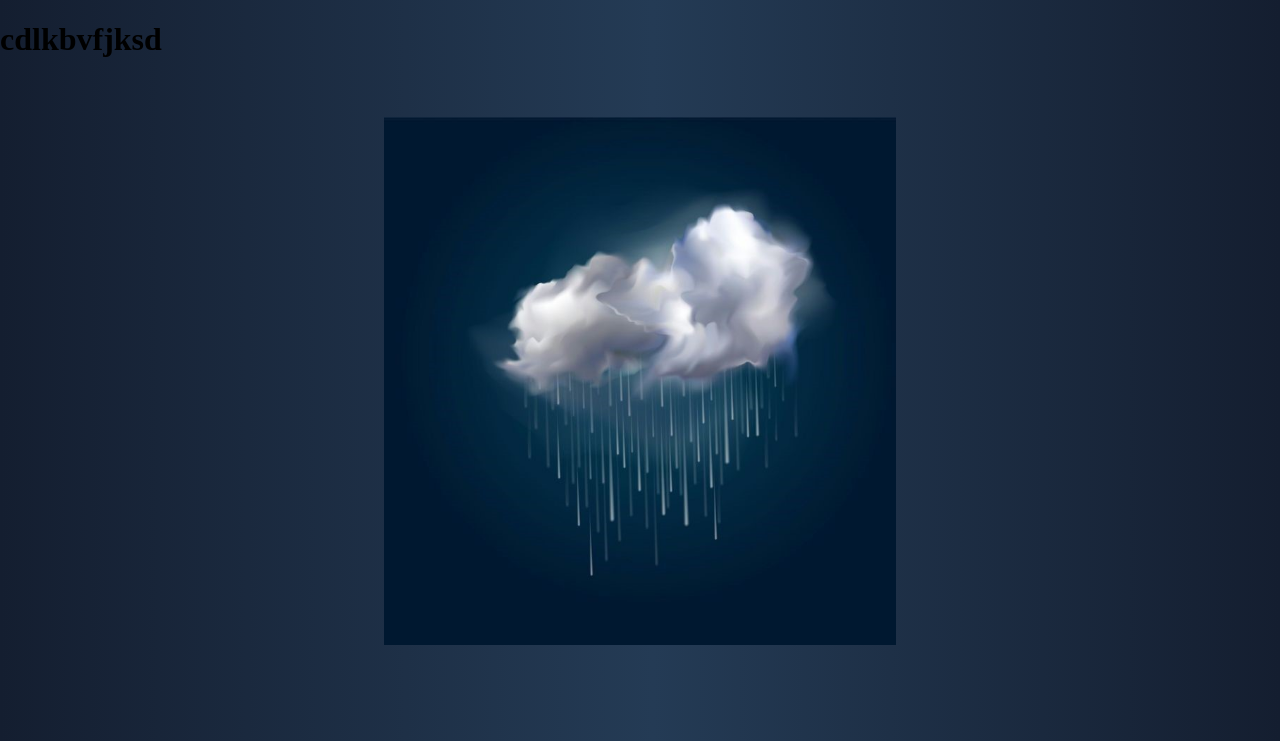
Repository: fateme81yosefi/weather
Page: landing/Landing.html
The author's editor kept a copy of each file at every save. The page is drawn from the files as they stood at one save, then again after a run of saves.
The browser window is 1280 px wide. The pictures show the whole page.

Above is the page before, as saved 2025-02-02 16:33:52.

### landing/Landing.html
<!doctype html>
<html lang="en">
	<head>
		<meta charset="utf-8">
		<meta name="viewport" content="width=device-width,initial-scale=1">
        <link rel="stylesheet" href="./style/landing.css">

		<title>هواشناسی</title>
	</head>
	<body>
        <div class="container-landing">
            <h1>cdlkbvfjksd</h1>

        </div>



		<script src="./js/landing.js"></script>
	</body>

</html>

### landing/style/landing.css
body {
  margin: 0 !important;
  padding: 0;
  overflow: hidden;
  background-image: linear-gradient(
    to right,
    #141e30 0%,
    #243b55 51%,
    #141e30 100%
  );
}
.container-landing {
  background-image:url("../images/bg.jpg");
  background-position: center;
  background-size: 40%;
  background-repeat: no-repeat;
  height: 100vh;
  margin: 0;
  padding: 0;
}

Loaded but not shown: landing/js/landing.js (no stored copy; drawn as an empty file)

After the next 2 saves:
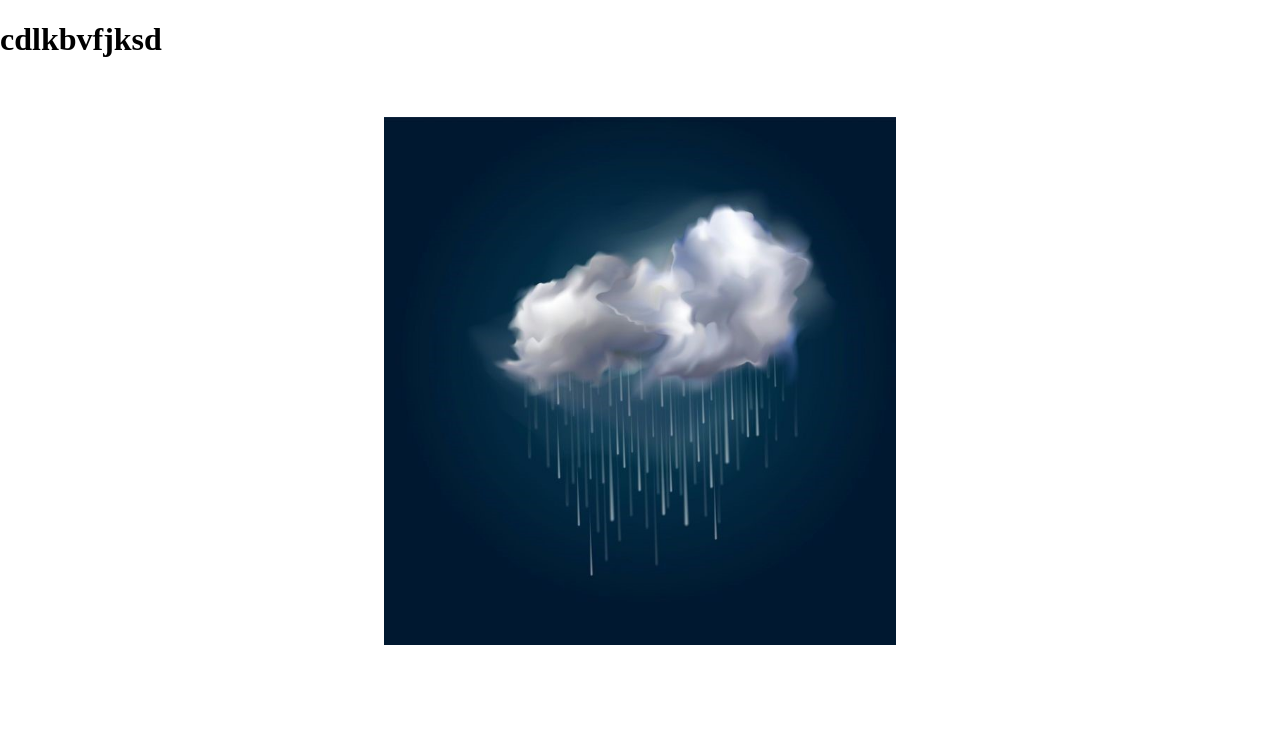
The 2 saves are shown as one change because they came seconds apart.
The last was saved 57 s later.
--- a/landing/style/landing.css
+++ b/landing/style/landing.css
@@ -2,12 +2,7 @@ body {
   margin: 0 !important;
   padding: 0;
   overflow: hidden;
-  background-image: linear-gradient(
-    to right,
-    #141e30 0%,
-    #243b55 51%,
-    #141e30 100%
-  );
+  background-image: #001830
 }
 .container-landing {
   background-image:url("../images/bg.jpg");
